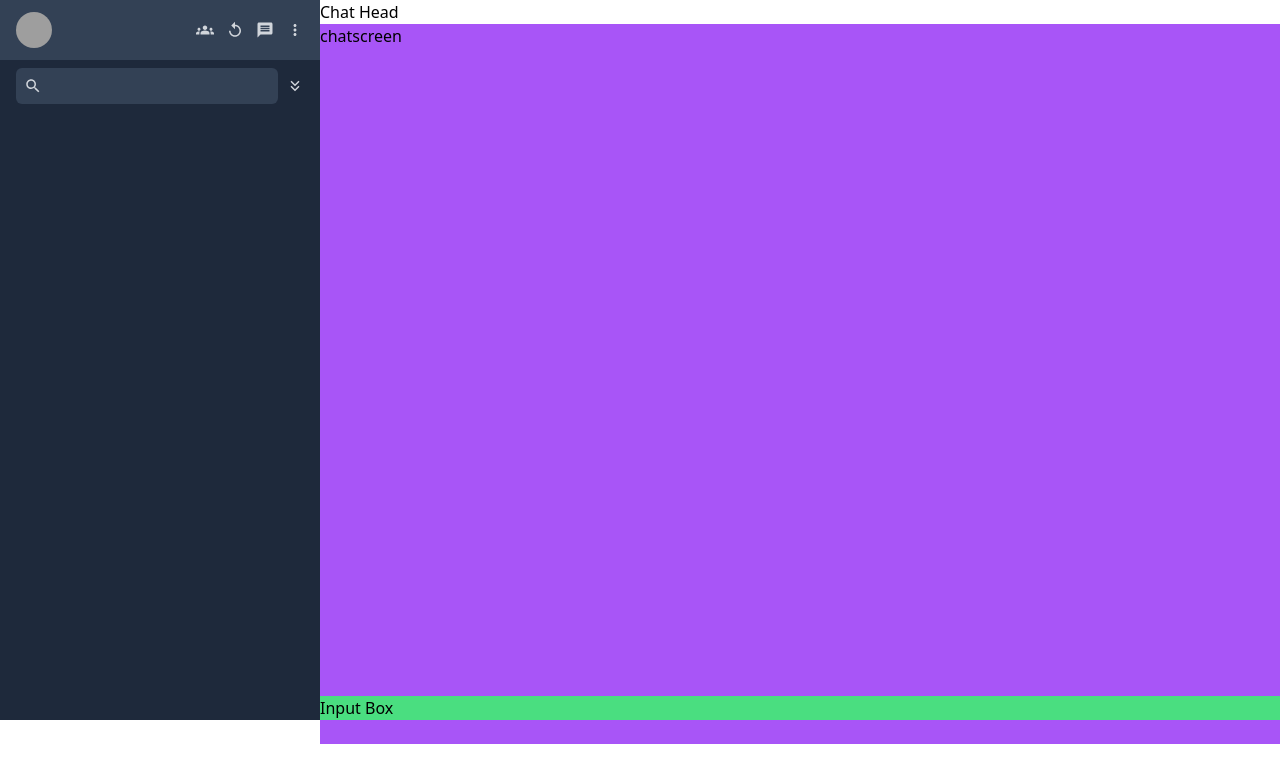
Repository: theanmol-raj/whatsapp
Page: /
These files come from the project's save history. The page is drawn as it stood at one moment and after the next save; the edit follows.
The browser window is 1280 px wide. The pictures show the whole page.
Pictures or frames that could not be fetched are drawn as grey boxes. The project was rebuilt for these pictures with package versions that can differ from the ones it lists, and the page was loaded fresh each time.

Above is the page before, as saved 2022-12-03 21:55:29.

After the next save:
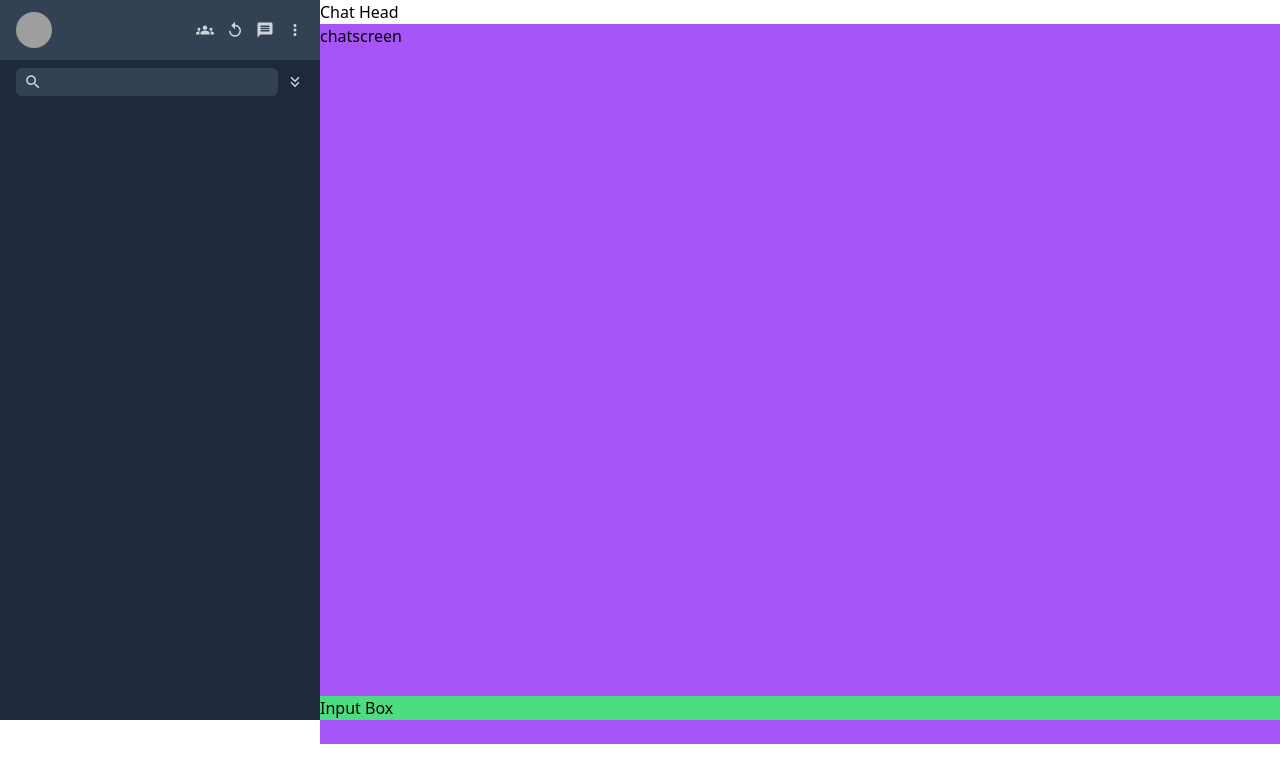
Saved 20 s later.
--- a/src/Components/ContactList.jsx
+++ b/src/Components/ContactList.jsx
@@ -23,7 +23,7 @@ function ContactList() {
       <div className=' flex items-center text-gray-300 px-4 py-2 text-lg space-x-2'>
         <div className='flex items-center w-full bg-slate-700 px-2 py-1 rounded-md'>
           <SearchIcon fontSize='inherit' />
-          <input className=' bg-transparent w-full' />
+          <input className=' bg-transparent text-sm w-full' />
         </div>
         <KeyboardDoubleArrowDownIcon fontSize='inherit' />
 
